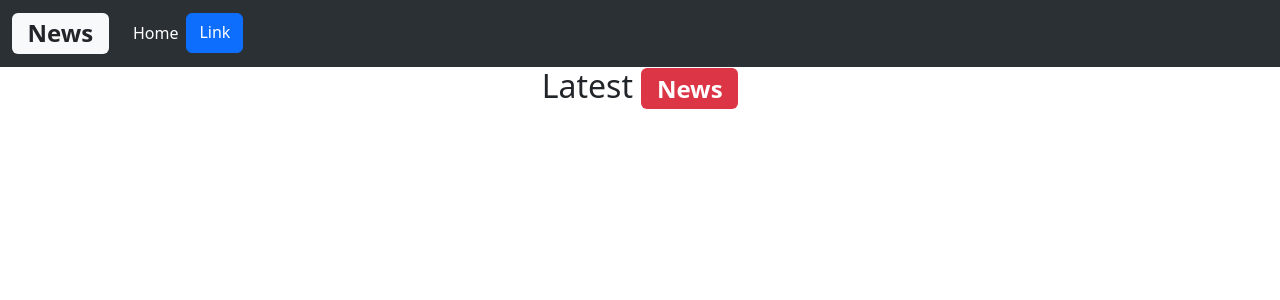
Repository: sshaiv/News_app
Page: /signup
These files come from the project's save history. The page is drawn as it stood at one moment and after a run of saves; the edit follows.
The browser window is 1280 px wide. The pictures show the whole page.
The page's requests for data from a server got no answer. The project was rebuilt for these pictures with package versions that can differ from the ones it lists, and the page was loaded fresh each time. No one was signed in, and anything a server would have sent is missing. Also part of the build but not shown: vite.config.js, src/Components/NewsItem.jsx, src/index.css.

Above is the page before, as saved 2024-07-15 12:13:27.

### index.html
<!doctype html>
<html lang="en">
  <head>
    <meta charset="UTF-8" />

    <meta name="viewport" content="width=device-width, initial-scale=1.0" />
    <title>News Mag</title>
    <link href="https://cdn.jsdelivr.net/npm/bootstrap@5.3.3/dist/css/bootstrap.min.css" rel="stylesheet" integrity="sha384-QWTKZyjpPEjISv5WaRU9OFeRpok6YctnYmDr5pNlyT2bRjXh0JMhjY6hW+ALEwIH" crossorigin="anonymous">
  </head>
  <body>
    <div id="root"></div>
    <script type="module" src="/src/main.jsx"></script>
    <script src="https://cdn.jsdelivr.net/npm/bootstrap@5.3.3/dist/js/bootstrap.bundle.min.js" integrity="sha384-YvpcrYf0tY3lHB60NNkmXc5s9fDVZLESaAA55NDzOxhy9GkcIdslK1eN7N6jIeHz" crossorigin="anonymous"></script>
  </body>
</html>

### src/App.jsx
// import React from 'react'
import Navbar from "./Components/Navbar"
import NewsBoard from "./Components/NewsBoard"
const App = () => {
  return (
    <div>
    <Navbar/>
    <NewsBoard/>


    </div>
  )
}

export default App

### src/Components/Navbar.jsx


const Navbar = () => {
  return (
    <div>
      <nav className="navbar navbar-expand-lg bg-body-tertiary" data-bs-theme="dark">
  <div className="container-fluid">
    <a className="navbar-brand" href="#"> <span className="badge bg-light  text-dark fs-4">News</span> </a>
    <button className="navbar-toggler" type="button" data-bs-toggle="collapse" data-bs-target="#navbarNav" aria-controls="navbarNav" aria-expanded="false" aria-label="Toggle navigation">
      <span className="navbar-toggler-icon"></span>
    </button>
    <div className="collapse navbar-collapse" id="navbarNav">
      <ul className="navbar-nav">
        <li className="nav-item">
          <a className="nav-link active" aria-current="page" href="#">Home</a>
        </li>
        <a class="btn btn-primary " href="#" role="button">Link</a>
      </ul>
    </div>

  </div>
</nav>
    </div>
  )
}

export default Navbar

### src/Components/NewsBoard.jsx
import { useEffect } from "react";
import { useState } from "react"
import NewsItem from "./NewsItem";

const NewsBoard = () => {

    const [articles,setArticles]=useState([]);

useEffect(()=>{
    let url = `https://newsapi.org/v2/top-headlines?country=us&category=business&apiKey=${import.meta.env.VITE_API_KEY}`;
    fetch(url).then(response=>response.json()).then(data=>setArticles(data.articles));
},[])

  return (
    <div>
      <h2 className="text-center">Latest <span className="badge bg-danger">News</span> </h2>
    {articles.map((news,index)=>{
        return <NewsItem key={index} title={news.title} description={news.description} src={news.urlToImage}  url={news.url} />
    })}
    </div>
  )
}

export default NewsBoard

Loaded but not shown: src/main.jsx (common file)

After the next 4 saves:
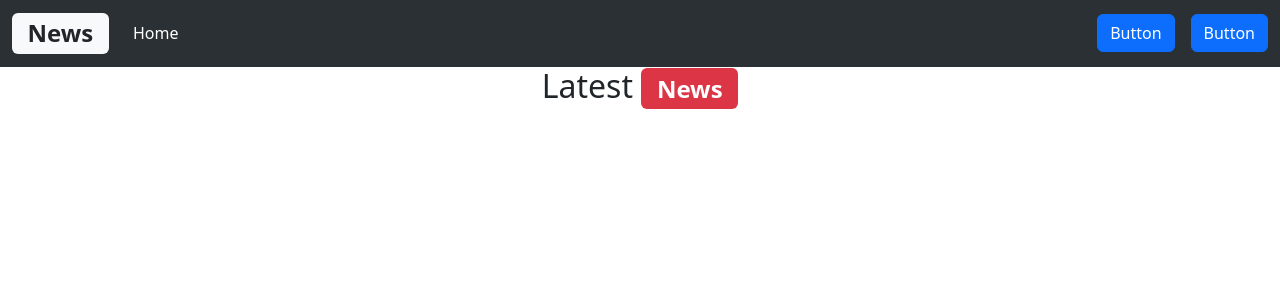
The 4 saves are shown as one change because they came seconds apart.
The last was saved 19 s later.
--- a/src/Components/Navbar.jsx
+++ b/src/Components/Navbar.jsx
@@ -14,10 +14,13 @@ const Navbar = () => {
         <li className="nav-item">
           <a className="nav-link active" aria-current="page" href="#">Home</a>
         </li>
-        <a class="btn btn-primary " href="#" role="button">Link</a>
       </ul>
     </div>
 
+    <div class="d-grid gap-2 d-md-flex justify-content-md-end">
+  <button class="btn btn-primary me-md-2" type="button">Button</button>
+  <button class="btn btn-primary" type="button">Button</button>
+</div>
   </div>
 </nav>
     </div>
